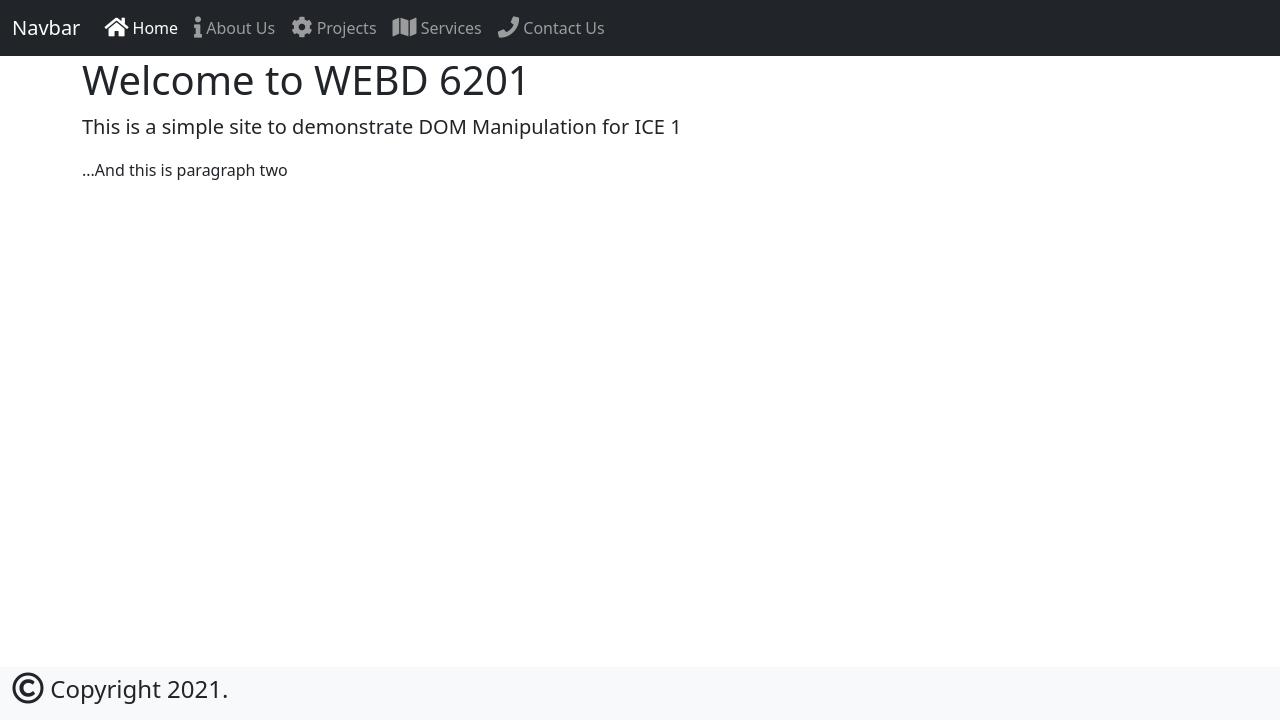
Repository: aphim/Webd6201-wk3
Page: index.html
The author's editor kept a copy of each file at every save. The page is drawn from the files as they stood at one save, then again after the next save.
The browser window is 1280 px wide. The pictures show the whole page.

Above is the page before, as saved 2021-01-20 09:58:10.

### index.html
<!DOCTYPE html>
<html lang="en">
<head>
    <meta charset="UTF-8">
    <meta name="viewport" content="width=device-width, initial-scale=1.0">
    <title>WEBD6201 - W2021 - ICE 1</title>
    <!-- CSS Section -->
    <link rel="stylesheet" href="./node_modules/bootstrap/dist/css/bootstrap.min.css">
    <link rel="stylesheet" href="./node_modules/@fortawesome/fontawesome-free/css/all.min.css">
    <link rel="stylesheet" href="./Content/app.css">
</head>
<body>
    <header>
        <nav class="navbar navbar-expand-lg navbar-dark bg-dark">
            <div class="container-fluid">
              <a class="navbar-brand" href="#">Navbar</a>
              <button class="navbar-toggler" type="button" data-bs-toggle="collapse" data-bs-target="#navbarSupportedContent" aria-controls="navbarSupportedContent" aria-expanded="false" aria-label="Toggle navigation">
                <span class="navbar-toggler-icon"></span>
              </button>
              <div class="collapse navbar-collapse" id="navbarSupportedContent">
                <ul class="navbar-nav me-auto mb-2 mb-lg-0">
                  <li class="nav-item">
                    <a class="nav-link active" aria-current="page" href="#"><i class="fas fa-home fa-lg"></i> Home</a>
                  </li>

                  <li class="nav-item">
                    <a class="nav-link" aria-current="page" href="#"><i class="fas fa-info fa-lg"></i> About Us</a>
                  </li>

                  <li class="nav-item">
                    <a class="nav-link" aria-current="page" href="#"><i class="fas fa-cog fa-lg"></i> Projects</a>
                  </li>

                  <li class="nav-item">
                    <a class="nav-link" aria-current="page" href="#"><i class="fas fa-map fa-lg"></i> Services</a>
                  </li>

                  <li class="nav-item">
                    <a class="nav-link" aria-current="page" href="#"><i class="fas fa-phone fa-lg"></i> Contact Us</a>
                  </li>
                </ul>
              </div>
            </div>
          </nav>
    </header>


    <main class="container">
        <h1>Welcome to WEBD 6201</h1>
        <p id="paragraphOne"></p>
    </main>

    <footer>
        <nav class="navbar fixed-bottom navbar-light bg-light">
            <div class="container-fluid">
              <h4><i class="far fa-copyright fa-lg"></i> Copyright 2021.</h4>
            </div>
          </nav>
    </footer>

    <!-- Script Section-->
    <script src="./node_modules/jquery/dist/jquery.min.js"></script>
    <script src="./node_modules/bootstrap/dist/js/bootstrap.bundle.min.js"></script>
    <script src="./Scripts/app.js"></script>
</body>
</html>

### Scripts/app.js
/* custom JavaScript goes here */

//IIFE - Immediately Invoked Function Expression
//AKA - Anonymous Self-Executing Function
//Closure - limits scope leak

"use strict";

(function()
{

    function Start()
    {
        console.log("App Started...");

        let paragraphOneText = "This is a simple site to demonstrate DOM Manipulation for ICE 1";

        //Different ways to select a paragraph element "paragraph one"
        let paragraphOneElement = document.getElementById("paragraphOne");

        //let paragraphOneParagraph = document.getElementsByTagName("p")[0];
        //let paragraphOneQuery = document.querySelector("p");
        //console.log(paragraphOneElement);
        //console.log(paragraphOneParagraph);
        //console.log(paragraphOneQuery);

        paragraphOneElement.textContent = paragraphOneText;
        paragraphOneElement.className = "fs-5";

        // step 1. Create an element
        let newParagraph = document.createElement("p");
        //step 2. configure element
        newParagraph.setAttribute("id", "paragraphTwo");
        newParagraph.textContent = "...And this is paragraph two";
        //Step 3. select the parent element
        let mainContent = document.getElementsByTagName("main")[0];
        //step 4. Add/insert the element
        mainContent.appendChild(newParagraph);

        newParagraph.className = "fs-6";

        //////another way to add an element ///////
        //let paragraphThree =`<p class="fs-7 fw-bold">And this is the Third Paragraph</p>`;
        //mainContent.innerHTML = paragraphThree;

    }



    window.addEventListener("load", Start);

})();

Loaded but not shown: node_modules/bootstrap/dist/css/bootstrap.min.css (library); node_modules/@fortawesome/fontawesome-free/css/all.min.css (library); Content/app.css (common file); node_modules/jquery/dist/jquery.min.js (library); node_modules/bootstrap/dist/js/bootstrap.bundle.min.js (library)

After the next save:
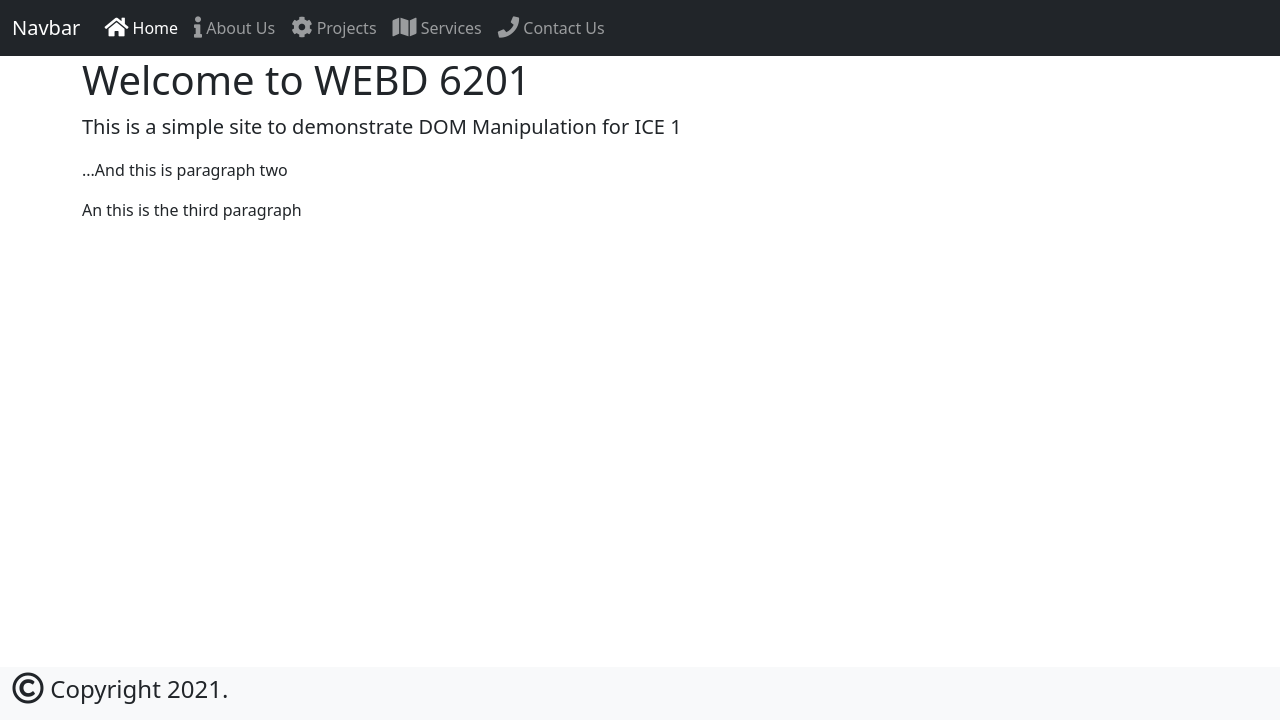
Saved 22 h 29 min later.
--- a/Scripts/app.js
+++ b/Scripts/app.js
@@ -43,6 +43,14 @@
         //let paragraphThree =`<p class="fs-7 fw-bold">And this is the Third Paragraph</p>`;
         //mainContent.innerHTML = paragraphThree;
 
+        let paragraphDiv = document.createElement("div");
+        let paragraphThree = `<p id="paragraphThree" class="fs-7 fw=bold">An this is the third paragraph</p>`
+        paragraphDiv.innerHTML = paragraphThree;
+
+        //insertion before a node
+        //newParagraph.before(paragraphDiv);
+        newParagraph.after(paragraphDiv);
+
     }
 
 
